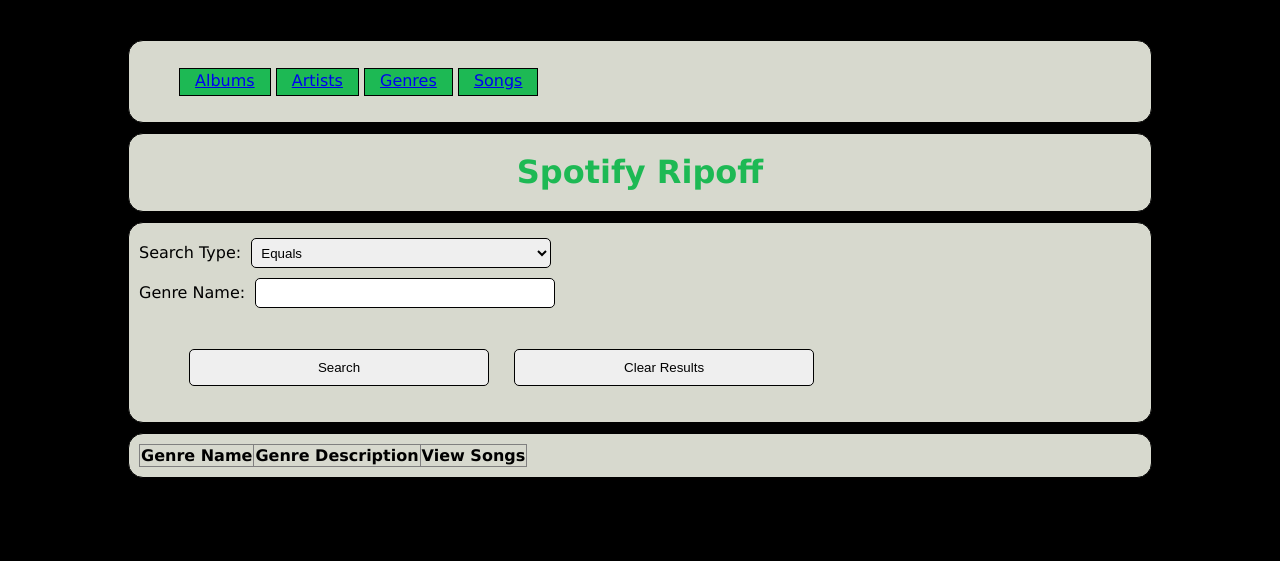
Repository: RRGTHWAR/bkg16_INFSCI1017
Page: bkg16_Music_FinalProject/WebContent/genre.html
An editor plug-in stored every save of this project. The page is shown before and after the next save, followed by the edit.
The browser window is 1280 px wide. The pictures show the whole page.

Above is the page before, as saved 2019-04-14 13:39:38.

### bkg16_Music_FinalProject/WebContent/genre.html
<html>
<head>
<meta charset="UTF-8">
<title>Music Genres</title>
<script src="js/jquery-3.3.1.min.js"></script>
<link href="css/style.css" rel="stylesheet" type="text/css" />

</head>
<body>
	<div id="navBar">
		<ul>
			<li><a href="album.html" title="Albums">Albums</a></li>
			<li><a href="artist.html" title="Artists">Artists</a></li>
			<li><a href="genre.html" title="Genres">Genres</a></li>
			<li><a href="song.html" title="Songs">Songs</a></li>
		</ul>
	</div>
	<h1 id="mainHeader" >Spotify Ripoff</h1>

	<div id="genreSearch" class="searchBox" >
		<div>
			Search Type:
			<select name="searchType" id="searchType" class="textField">
				<option value="equals">Equals</option>
				<option value="begins">Begins</option>
				<option value="ends">Ends</option>
				<option value="contains">Contains</option>
				<option value="">All</option>
			</select>
		</div>
		<div>
			Genre Name: <input type="text" id="genreName" name="genreName" value="" class="textField" />
		</div>
		<div id="btns" >
			<ul>
				<li><input type="button" id="btnSearch" name="btnSubmit" class="actButton" value="Search" /></li>
				<li><input type="button" id="btnClear" name ="btnClear" class="actButton" value="Clear Results" /></li>
			</ul>
		</div>
	</div>


	<div id="searchResults">
		<table border="1" id="tblSearchResults">
			<tr>
			<th>Genre Name</th>
			<th>Genre Description</th>
			<th>View Songs</th>
			</tr>
		</table>
	</div>

</body>

<script>
	$(document).ready(function (){
		$("#btnClear").click(function (){
			clearResultsTable();
		});
		$("#btnSearch").click(function (){
			search();
		});

		$("#genreName").keyup(function(){
			var keyPressed = $("#genreName").val();
			if(keyPressed.length > 2) {
				search();
			} else {
				clearResultsTable();
			}

		});
	});

	function search(optSearchType) {
		var genreName = $("#genreName").val();
		var searchType = $("#searchType").val();
		// console.log("Genre: " + genreName);
		// console.log("SearchType: " + searchType);
		var url = "GenreListWS?genreName=" + genreName + "&searchType=" + searchType;
		// console.log(url);
		$.get(url, function(resp){
			parseGenreData(resp);
		})
	}

	function parseGenreData(data){
		// $("#searchResults").text(JSON.stringify(data));
		var result = "";

		for(var i=0; i < data.length; i++){
			var tr = $("<tr></tr>"); // created empty html table row

			// First data cell
			var td = $("<td></td>"); // created empty html table data
			td.html(data[i].genre_name);
			tr.append(td);

			// Second data cel l
			// Note that we don't need to redeclare this
			td = $("<td></td>");
			td.html(data[i].description)
			tr.append(td);

			// Second data cell
			// Note that we don't need to redeclare this
			td = $("<td></td>");
			var link = "<a href='song.html?genre_id=" + data[i].genre_id + "'>View Songs</a>";
			td.html(link)
			tr.append(td);

			// Append row to the table
			$("#tblSearchResults").append(tr);

			// result += 'Name: ' + data[i].genre_name + ' Description: ' + data[i].description + '<br />';
		}
	}

		// $("#searchResults").html(result);

		//Source: https://stackoverflow.com/questions/2620181/clear-table-jquery
		function clearResultsTable() {
			$("#tblSearchResults td").parent().remove();
		}

		//Source: https://memorynotfound.com/detect-enter-keypress-javascript-jquery/
		$(document).keypress(function(e) {
			var keycode = (e.keyCode ? e.keyCode : e.which);
			if (keycode == '13') {
				$("#btnSearch").click();
			}
		});
</script>
</html>

### bkg16_Music_FinalProject/WebContent/css/style.css
@charset "UTF-8";

html, body {
	background-color: black;
}

body {
	font-family: Verdana, Geneva, sans-serif;
	font-size: 100%;
	width: 80%;
	margin-right: auto;
	margin-left: auto;
	padding: 2.5% 2.5% 0;
	line-height: 1.8;
}

h1, h2, h3, h4, h5, h6, p {
	margin: 0;
	padding: 0;
}

h1, h2, h3, h4, h5, h6 {
	color: #1DB954;
}

p {
	margin-bottom: 1em;
}

#navBar {
	background-color: #D7D9CE;
	border: 1px solid #000;
	padding: 10px;
	border-radius: 15px;
}

#navBar ul li {
	background-color: #1DB954;
	margin-left: 0;
	margin-bottom: 10px;
	padding: 2px 15px 5px;
	border: 1px solid #000;
	list-style: none;
	display: inline;
}

#mainHeader {
	background-color: #D7D9CE;
	border: 1px solid #000;
	padding: 10px;
	margin-top: 10px;
	border-radius: 15px;
	text-align: center;
}

.searchBox {
	background-color: #D7D9CE;
	border: 1px solid #000;
	padding: 10px;
	margin-top: 10px;
	border-radius: 15px;
	margin-bottom: 10px;
}

.textField {
	border: 1px solid #000;
	border-radius: 5px;
	padding: 5px;
	margin: 5px;
	width: 300px;
	height: 30px;
}

#searchResults {
	background-color: #D7D9CE;
	border: 1px solid #000;
	padding: 10px;
	margin-top: 10px;
	border-radius: 15px;
	display: block;
	margin: 0 auto;
}

#btns ul li {
	padding: 10px;
	margin-top: 10px;
	border-radius: 15px;
	text-align: center;
	list-style: none;
	display: inline-block;
}

input[type=button] {
	border: 1px solid #000;
	padding: 10px;
	border-radius: 5px;
	display: inline-block;
	margin: 0 auto;
	width: 300px;
}

#tblSearchResults {
	border-collapse: collapse;
}

#tblSearchResults tr th td {
	border: 1px solid #000;
	padding: 5px;
	border-collapse: collapse;
	display: inline-block;
	margin: 0 auto;
	text-align: center;
}

Loaded but not shown: bkg16_Music_FinalProject/WebContent/js/jquery-3.3.1.min.js (library)

After the next save:
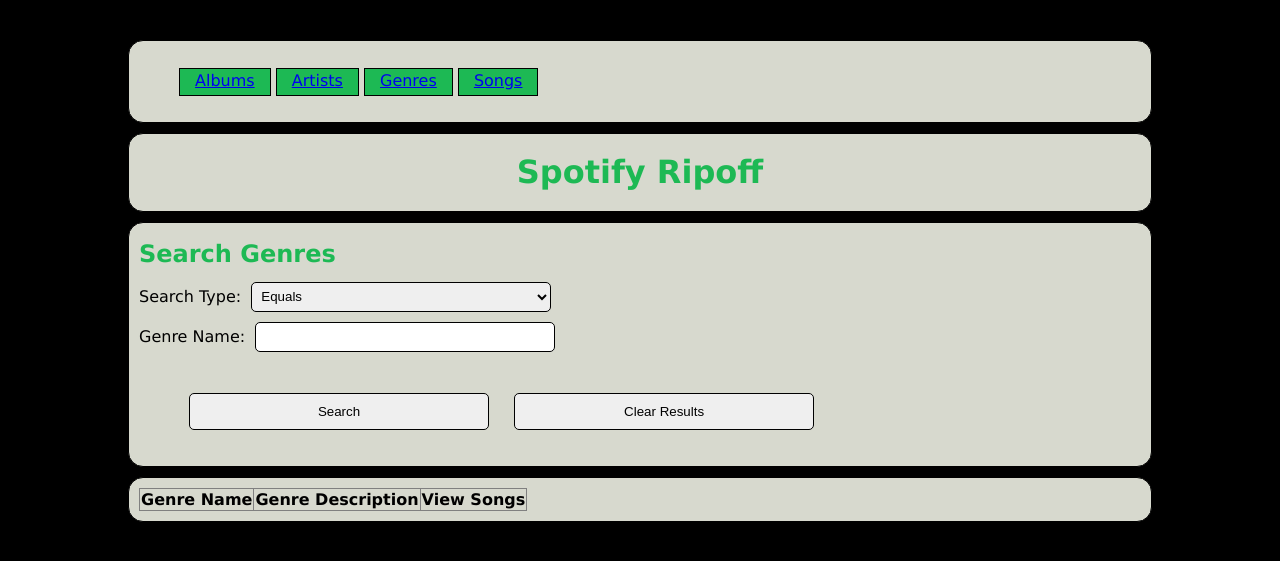
Saved 42 s later.
--- a/bkg16_Music_FinalProject/WebContent/genre.html
+++ b/bkg16_Music_FinalProject/WebContent/genre.html
@@ -18,6 +18,7 @@
 	<h1 id="mainHeader" >Spotify Ripoff</h1>
 
 	<div id="genreSearch" class="searchBox" >
+		<h2>Search Genres</h2>
 		<div>
 			Search Type:
 			<select name="searchType" id="searchType" class="textField">
